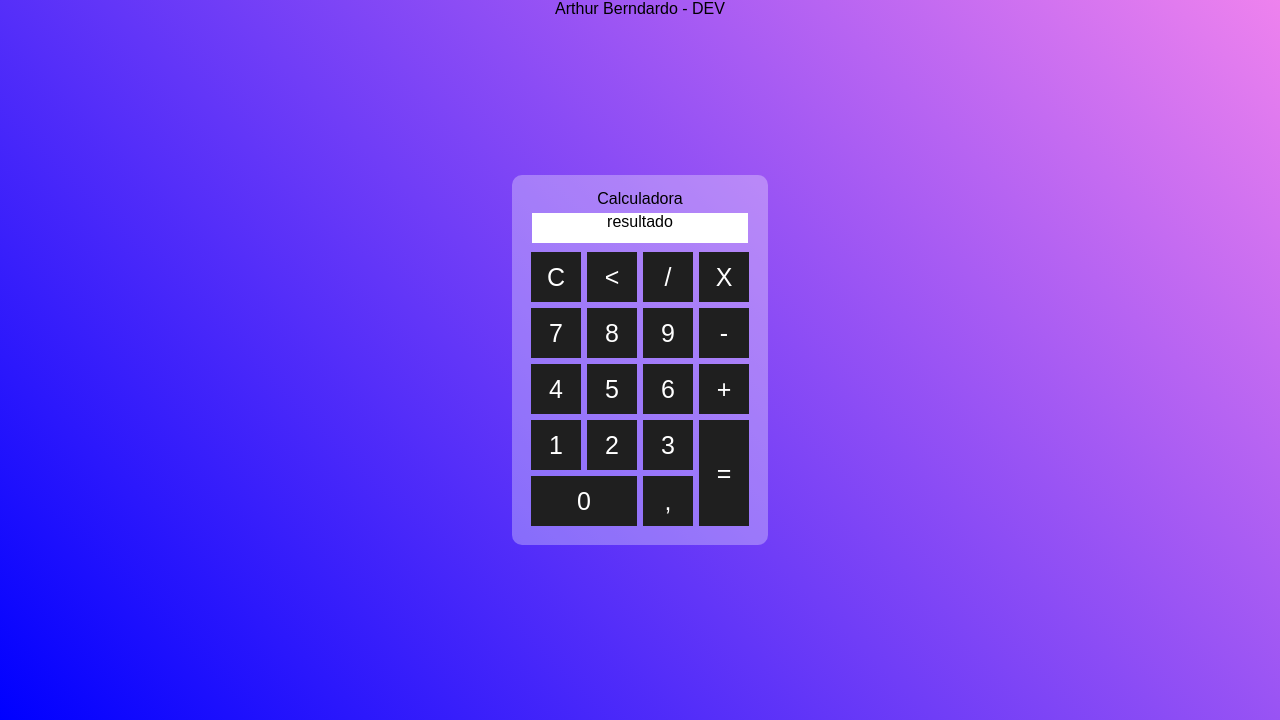
Repository: oThurDev/calculadora
Page: calculadora.html
An editor plug-in stored every save of this project. The page is shown before and after the next save, followed by the edit.
The browser window is 1280 px wide. The pictures show the whole page.

Above is the page before, as saved 2022-02-25 15:47:22.

After the next save:
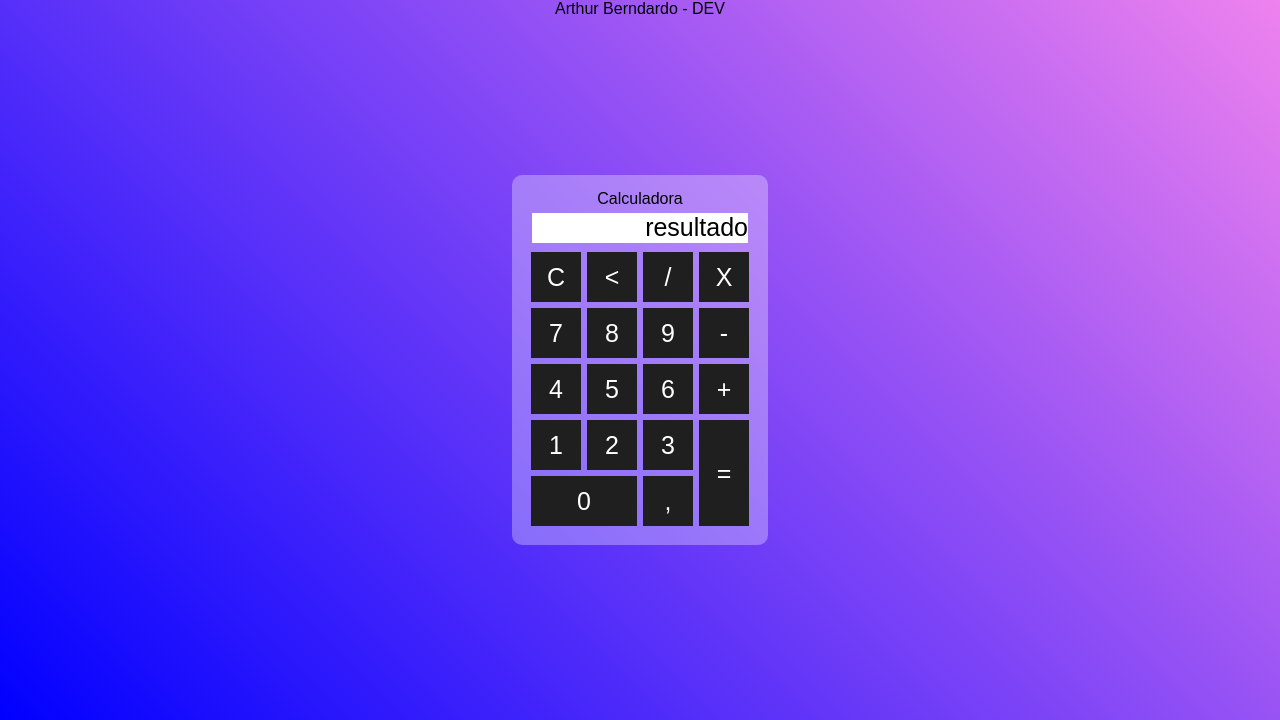
Saved 74 s later.
--- a/style_calculadora.css
+++ b/style_calculadora.css
@@ -40,4 +40,6 @@
     background-color: white;
     height: 30px;
     margin: 5px;
+    font-size: 25px;
+    text-align: right;
 }
